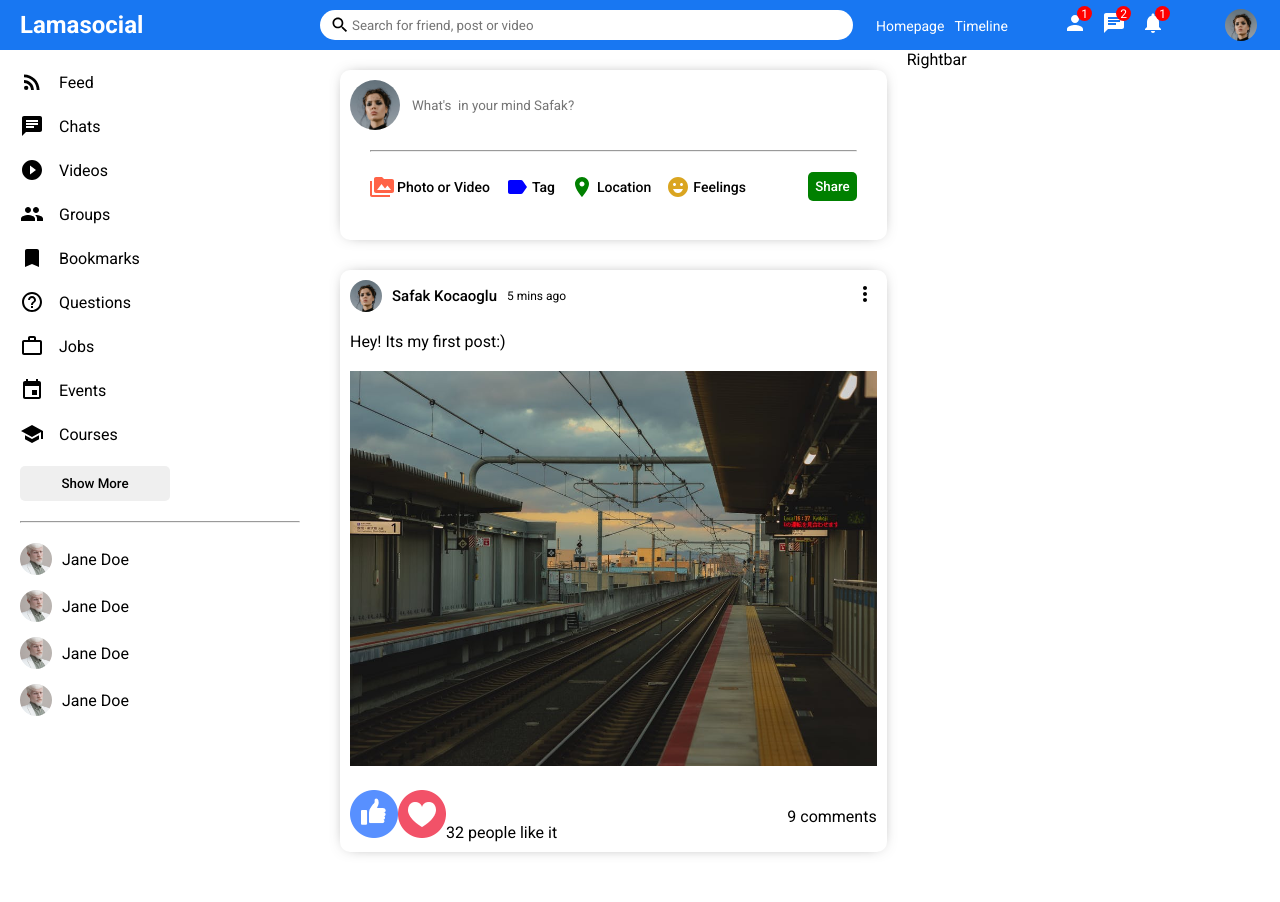
Repository: nazlinres01/react-social
Page: / (app in client/)
The author's editor kept a copy of each file at every save. The page is drawn from the files as they stood at one save, then again after the next save.
The browser window is 1280 px wide. The pictures show the whole page.
The project was rebuilt for these pictures with package versions that can differ from the ones it lists, and the page was loaded fresh each time.

Above is the page before, as saved 2024-06-13 11:38:18.

### client/public/index.html
<!DOCTYPE html>
<html lang="en">

<head>
  <meta charset="utf-8" />
  <meta name="viewport" content="width=device-width, initial-scale=1" />
  <meta name="description" content="Web site created using create-react-app" />
  <link
    href="https://fonts.googleapis.com/css2?family=Roboto:ital,wght@0,100;0,300;0,400;0,500;0,700;0,900;1,100;1,300;1,400;1,500;1,700;1,900&display=swap"
    rel="stylesheet">
    <link rel="stylesheet" href="style.css">
  <title>Social App</title>
</head>

<body>
  <noscript>You need to enable JavaScript to run this app.</noscript>
  <div id="root"></div>
</body>

</html>

### client/src/App.js
import Home from "./pages/home/Home";

function App() {
  return <Home />
}

export default App;

### client/src/pages/home/Home.jsx
import Feed from "../../components/feed/Feed";
import Rightbar from "../../components/rightbar/Rightbar";
import Sidebar from "../../components/sidebar/Sidebar";
import Topbar from "../../components/topbar/Topbar";
import "./home.css"

export default function Home() {
    return (
        <>
            <Topbar />
            <div className="homeContainer">
                <Sidebar />
                <Feed />
                <Rightbar />

            </div>

        </>
    );
}

### client/src/components/feed/Feed.jsx
import Post from "../post/Post"
import Share from "../share/Share"
import "./feed.css"

export default function Feed() {
    return (
        <div className="feed">
            <div className="feedWrapper">
                <Share />
                <Post />

            </div>
        </div>
    )
}

### client/src/components/rightbar/Rightbar.jsx
import "./rightbar.css"

export default function Rightbar() {
    return (
        <div className="rightbar">
            Rightbar</div>
    )
}

### client/src/components/sidebar/Sidebar.jsx
import "./sidebar.css"
import { Bookmark, Chat, Event, Group, HelpOutline, PlayCircleFilledOutlined, RssFeed, School, WorkOutline } from "@material-ui/icons"

export default function Sidebar() {
    return (
        <div className="sidebar">
            <div className="sidebarWrapper">
                <ul className="sidebarList">
                    <li className="sidebarListItem">
                        <RssFeed className="sidebarIcon" />
                        <span className="sidebarListItemText">Feed</span>
                    </li>
                    <li className="sidebarListItem">
                        <Chat className="sidebarIcon" />
                        <span className="sidebarListItemText">Chats</span>
                    </li>
                    <li className="sidebarListItem">
                        <PlayCircleFilledOutlined className="sidebarIcon" />
                        <span className="sidebarListItemText">Videos</span>
                    </li>
                    <li className="sidebarListItem">
                        <Group className="sidebarIcon" />
                        <span className="sidebarListItemText">Groups</span>
                    </li>
                    <li className="sidebarListItem">
                        <Bookmark className="sidebarIcon" />
                        <span className="sidebarListItemText">Bookmarks</span>
                    </li>
                    <li className="sidebarListItem">
                        <HelpOutline className="sidebarIcon" />
                        <span className="sidebarListItemText">Questions</span>
                    </li>
                    <li className="sidebarListItem">
                        <WorkOutline className="sidebarIcon" />
                        <span className="sidebarListItemText">Jobs</span>
                    </li>
                    <li className="sidebarListItem">
                        <Event className="sidebarIcon" />
                        <span className="sidebarListItemText">Events</span>
                    </li>
                    <li className="sidebarListItem">
                        <School className="sidebarIcon" />
                        <span className="sidebarListItemText">Courses</span>
                    </li>
                </ul>
                <button className="sidebarButton">Show More</button>
                <hr className="sidebarHr" />
                <ul className="sidebarFriendList">
                    <li className="sidebarFriend">
                        <img className="sidebarFriendImg" src="/assets/person/2.jpeg" alt="" />
                        <span className="sidebarFriendName">Jane Doe</span>
                    </li>
                    <li className="sidebarFriend">
                        <img className="sidebarFriendImg" src="/assets/person/2.jpeg" alt="" />
                        <span className="sidebarFriendName">Jane Doe</span>
                    </li>
                    <li className="sidebarFriend">
                        <img className="sidebarFriendImg" src="/assets/person/2.jpeg" alt="" />
                        <span className="sidebarFriendName">Jane Doe</span>
                    </li>
                    <li className="sidebarFriend">
                        <img className="sidebarFriendImg" src="/assets/person/2.jpeg" alt="" />
                        <span className="sidebarFriendName">Jane Doe</span>
                    </li>
                    <li className="sidebarFriend">
                        <img className="sidebarFriendImg" src="/assets/person/2.jpeg" alt="" />
                        <span className="sidebarFriendName">Jane Doe</span>
                    </li>
                    <li className="sidebarFriend">
                        <img className="sidebarFriendImg" src="/assets/person/2.jpeg" alt="" />
                        <span className="sidebarFriendName">Jane Doe</span>
                    </li>
                    <li className="sidebarFriend">
                        <img className="sidebarFriendImg" src="/assets/person/2.jpeg" alt="" />
                        <span className="sidebarFriendName">Jane Doe</span>
                    </li>
                    <li className="sidebarFriend">
                        <img className="sidebarFriendImg" src="/assets/person/2.jpeg" alt="" />
                        <span className="sidebarFriendName">Jane Doe</span>
                    </li>
                    <li className="sidebarFriend">
                        <img className="sidebarFriendImg" src="/assets/person/2.jpeg" alt="" />
                        <span className="sidebarFriendName">Jane Doe</span>
                    </li>
                    <li className="sidebarFriend">
                        <img className="sidebarFriendImg" src="/assets/person/2.jpeg" alt="" />
                        <span className="sidebarFriendName">Jane Doe</span>
                    </li>
                    <li className="sidebarFriend">
                        <img className="sidebarFriendImg" src="/assets/person/2.jpeg" alt="" />
                        <span className="sidebarFriendName">Jane Doe</span>
                    </li>
                    <li className="sidebarFriend">
                        <img className="sidebarFriendImg" src="/assets/person/2.jpeg" alt="" />
                        <span className="sidebarFriendName">Jane Doe</span>
                    </li>
                    <li className="sidebarFriend">
                        <img className="sidebarFriendImg" src="/assets/person/2.jpeg" alt="" />
                        <span className="sidebarFriendName">Jane Doe</span>
                    </li>
                </ul>
            </div>
        </div>
    )
}

### client/src/components/topbar/Topbar.jsx
import "./topbar.css"
import { Search, Person, Chat, Notifications } from "@material-ui/icons"

export default function Topbar() {
  return (
    <div className="topbarContainer">
      <div className="topbarLeft">
        <span className="logo">Lamasocial</span>
      </div>
      <div className="topbarCenter">
        <div className="searchbar">
          <Search className="searchIcon" />
          <input placeholder="Search for friend, post or video" className="searchInput" />
        </div>
      </div>
      <div className="topbarRight">
        <div className="topbarLinks">
          <span className="topbarLink">Homepage</span>
          <span className="topbarLink">Timeline</span>
        </div>
        <div className="topbarIcons">
          <div className="topbarIconItem">
            <Person />
            <span className="topbarIconBadge">1</span>
          </div>
          <div className="topbarIconItem">
            <Chat />
            <span className="topbarIconBadge">2</span>
          </div>
          <div className="topbarIconItem">
            <Notifications />
            <span className="topbarIconBadge">1</span>
          </div>
        </div>
        <img src="/assets/person/1.jpeg" alt="" className="topbarImg" />
      </div>

    </div>
  )
}

### client/src/components/post/Post.jsx
import { MoreVert } from "@material-ui/icons"
import "./post.css"

export default function Post() {
    return (
        <div className="post">
            <div className="postWrapper">
                <div className="postTop">
                    <div className="postTopLeft">
                        <img src="/assets/person/1.jpeg" alt="" className="postProfileImg" />
                        <span className="postUsername">Safak Kocaoglu</span>
                        <span className="postDate">5 mins ago</span>

                    </div>
                    <div className="postTopRight">
                        <MoreVert />
                    </div>

                </div>
                <div className="postCenter">
                    <span className="postText">Hey! Its my first post:)</span>
                    <img className="postImg" src="assets/post/1.jpeg" alt="" />
                </div>
                <div className="postBottom">
                    <div className="postBottomLeft">
                        <img className="likeIcon" src="assets/like.png" alt="" />
                        <img className="likeIcon" src="assets/heart.png" alt="" />
                        <span className="postLikeCounter">32 people like it</span>
                    </div>
                    <div className="postBottomRight">
                        <span className="postCommentText">9 comments</span>
                    </div>

                </div>

            </div>

        </div>
    )
}

### client/src/components/share/Share.jsx
import "./share.css";
import { PermMedia, Label, Room, EmojiEmotions } from "@material-ui/icons";

export default function Share() {
    return (
        <div className="share">
            <div className="shareWrapper">
                <div className="shareTop">
                    <img src="/assets/person/1.jpeg" alt="" className="shareProfileImg" />
                    <input placeholder="What's  in your mind Safak?" className="shareInput" />
                </div>
                <hr className="shareHr" />
                <div className="shareBottom">
                    <div className="shareOptions">
                        <div className="shareOption">
                            <PermMedia htmlColor="tomato" className="shareIcon" />
                            <span className="shareOptionText">Photo or Video</span>
                        </div>
                        <div className="shareOption">
                            <Label htmlColor="blue" className="shareIcon" />
                            <span className="shareOptionText">Tag</span>
                        </div>
                        <div className="shareOption">
                            <Room htmlColor="green" className="shareIcon" />
                            <span className="shareOptionText">Location</span>
                        </div>
                        <div className="shareOption">
                            <EmojiEmotions htmlColor="goldenrod" className="shareIcon" />
                            <span className="shareOptionText">Feelings</span>
                        </div>
                    </div>
                    <button className="shareButton">Share</button>
                </div>
            </div>
        </div>
    )
}

### client/src/components/rightbar/rightbar.css
.rightbar {
    flex: 3.5;
}

### client/src/components/sidebar/sidebar.css
.sidebar {
    flex: 3;
    height: calc(100vh - 50px);
    overflow-y: scroll;
}

::-webkit-scrollbar {
    width: 5px;
}

::-webkit-scrolbar-track {
    background-color: #f1f1f1;
}

::-webkit-scrollbar-thumb {
    background-color: rgb(179, 179, 179);
}

.sidebarWrapper {
    padding: 20px;
}

.sidebarList {
    padding: 0;
    margin: 0;
    list-style: none;
}

.sidebarListItem {
    display: flex;
    align-items: center;
    margin-bottom: 20px;
}

.sidebarIcon {
    margin-right: 15px;
}

.sidebarButton {
    width: 150px;
    border: none;
    padding: 10px;
    border-radius: 5px;
    font-weight: 500;
}

.sidebarHr {
    margin: 20px 0;
}

.sidebarFriendList {
    padding: 0;
    margin: 0;
    list-style: none;
}

.sidebarFriend {
    display: flex;
    align-items: center;
    margin-bottom: 15px;
}

.sidebarFriendImg {
    width: 32px;
    height: 32px;
    border-radius: 50%;
    object-fit: cover;
    margin-right: 10px;
}

### client/src/components/topbar/topbar.css
.topbarContainer {
    height: 50px;
    width: 100%;
    background-color: #1877f2;
    display: flex;
    align-items: center;
    position: sticky;
    top: 0;
}

.topbarLeft {
    flex: 3;
}

.logo {
    font-size: 24px;
    margin-left: 20px;
    font-weight: bold;
    color: white;
    cursor: pointer;
}

.topbarCenter {
    flex: 5;
}

.searchbar {
    width: 100%;
    height: 30px;
    background-color: white;
    border-radius: 30px;
    display: flex;
    align-items: center;
}

.searchIcon {
    font-size: 20px !important;
    margin-left: 10px;
}

.searchInput {
    border: none;
    width: 70%;
}

.searchInput:focus {
    outline: none;
}

.topbarRight {
    flex: 4;
    display: flex;
    align-items: center;
    justify-content: space-around;
    color: white;
}

.topbarLink {
    margin-right: 10px;
    font-size: 14px;
    cursor: pointer;
}

.topbarIcons {
    display: flex;
}

.topbarIconItem {
    margin-right: 15px;
    cursor: pointer;
    position: relative;

}

.topbarIconBadge {
    width: 15px;
    height: 15px;
    background-color: red;
    border-radius: 50%;
    color: white;
    position: absolute;
    top: -5px;
    right: -5px;
    display: flex;
    align-items: center;
    justify-content: center;
    font-size: 12px;
}

.topbarImg {
    width: 32px;
    height: 32px;
    border-radius: 50%;
    object-fit: cover;
    cursor: pointer;
}

### client/src/components/post/post.css
.post {
    width: 100%;
    border-radius: 10px;
    -webkit-box-shdow: 0px 0px 16px -8px rgba(0, 0, 0, 0.68);
    box-shadow: 0px 0px 16px -8px rgba(0, 0, 0, 0.68);
    margin: 30px 0;
}

.postWrapper {
    padding: 10px;
}

.postTop {
    display: flex;
    align-items: center;
    justify-content: space-between;
}

.postTopLeft {
    display: flex;
    align-items: center;
}

.postProfileImg {
    width: 32px;
    height: 32px;
    border-radius: 50%;
    object-fit: cover;
}

.postUsername {
    font-size: 15px;
    font-weight: 500;
    margin: 0 10px;
}

.postDate {
    font-size: 12px;
}

.postCenter {
    margin: 20px 0;
}

.postImg {
    margin-top: 20px;
    width: 100%;
    max-height: 500px;
    object-fit: contain;
}

.postBottom {
    display: flex;
    align-items: center;
    justify-content: space-between;
}

### client/src/components/share/share.css
.share {
    width: 100%;
    height: 170px;
    border-radius: 10px;
    -webkit-box-shdow: 0px 0px 16px -8px rgba(0, 0, 0, 0.68);
    box-shadow: 0px 0px 16px -8px rgba(0, 0, 0, 0.68);
}

.shareWrapper {
    padding: 10px;
}

.shareTop {
    display: flex;
    align-items: center;
}

.shareProfileImg {
    width: 50px;
    height: 50px;
    border-radius: 50%;
    object-fit: cover;
    margin-right: 10px;
}

.shareInput {
    border: none;
    width: 80%;
}

.shareInput:focus {
    outline: none;
}

.shareHr {
    margin: 20px;
}

.shareBottom {
    display: flex;
    align-items: center;
    justify-content: space-between;
}

.shareOptions {
    display: flex;
    margin-left: 20px;
}

.shareOption {
    display: flex;
    align-items: center;
    margin-right: 15px;
    cursor: pointer;
}

.shareIcon {
    font-size: 18px;
    margin-right: 3px
}

.shareOptionText {
    font-size: 14px;
    font-weight: 500;
}

.shareButton {
    border: none;
    padding: 7px;
    border-radius: 5px;
    background-color: green;
    font-weight: 500;
    margin-right: 20px;
    cursor: pointer;
    color: white;
}

Loaded but not shown: client/src/index.js (common file); client/src/pages/home/home.css (common file); client/src/components/feed/feed.css (common file); client/public/style.css (common file)

After the next save:
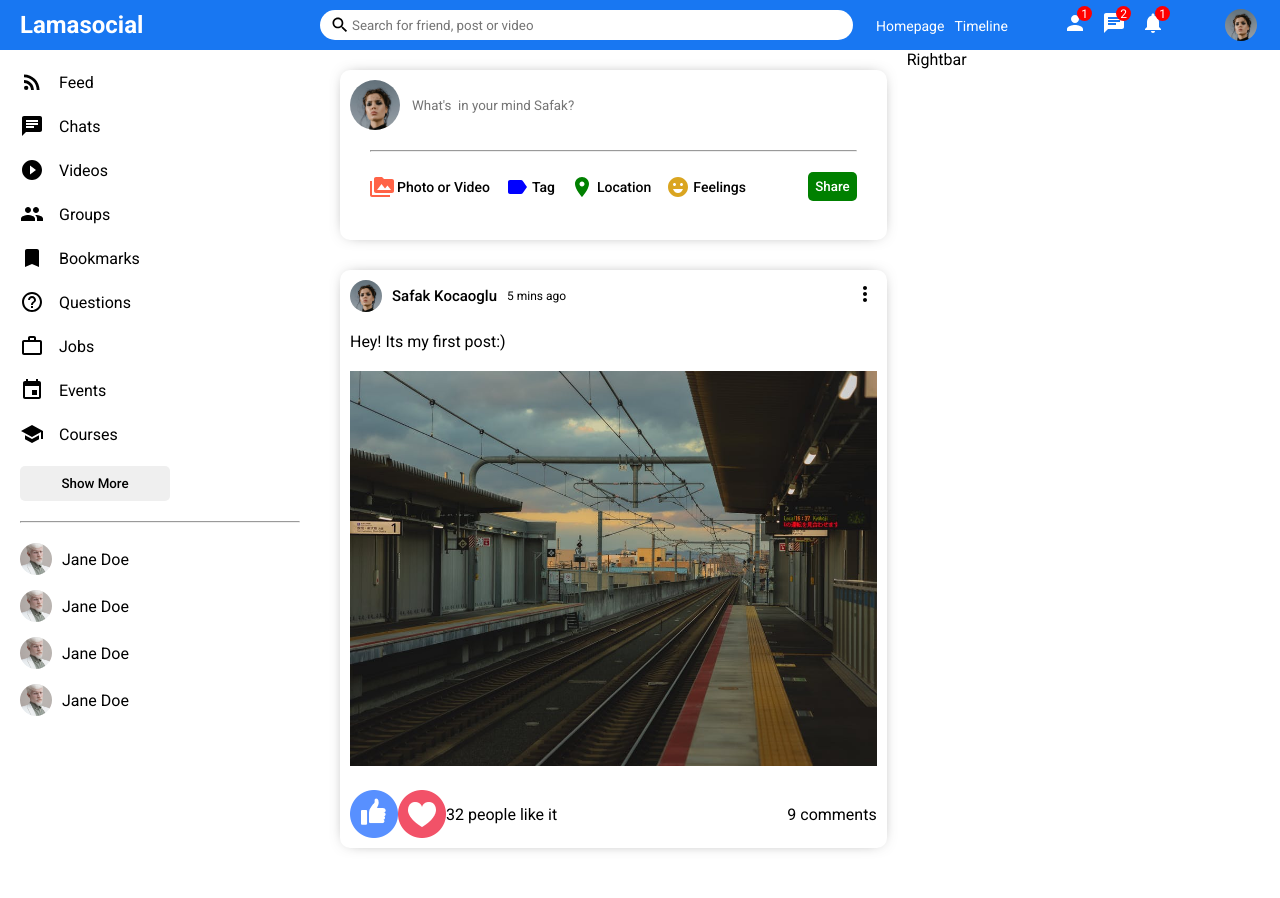
Saved 88 s later.
--- a/client/src/components/post/post.css
+++ b/client/src/components/post/post.css
@@ -54,3 +54,15 @@
     align-items: center;
     justify-content: space-between;
 }
+
+.postBottomLeft {
+    display: flex;
+    align-items: center;
+}
+
+.likeButton {
+    width: 24px;
+    height: 24px;
+    margin-right: 5px;
+    cursor: pointer;
+}
